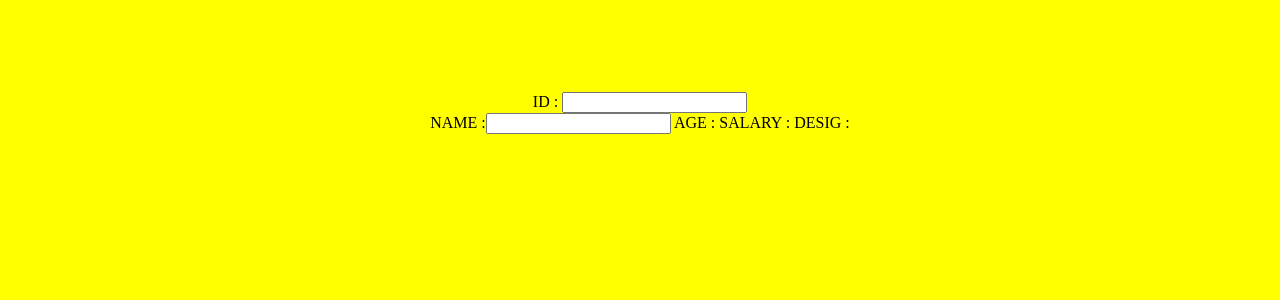
Repository: Thaneshwara848/MyHibernate
Page: ServlerDemo1/src/main/webapp/Register.html
The author's editor kept a copy of each file at every save. The page is drawn from the files as they stood at one save, then again after the next save.
The browser window is 1280 px wide. The pictures show the whole page.

Above is the page before, as saved 2022-11-02 17:04:19.

### ServlerDemo1/src/main/webapp/Register.html
<!DOCTYPE html>
<html>
<head>
<meta charset="UTF-8">
<title>Insert title here</title>
</head>
<body bgcolor="yellow">
<marquee onmouseover="stop()" onmouseout="start()">
<h1 style="color: red">HI Welcome to WebApplcation </h1>
</marquee>
	<center>
		<form action="">
		ID : <input type="text" name="uid"><br>
		NAME :<input type="text" name="uname">
		AGE :
		SALARY  :
		DESIG :

		</form>
	</center>
</body>
</html>

After the next save:
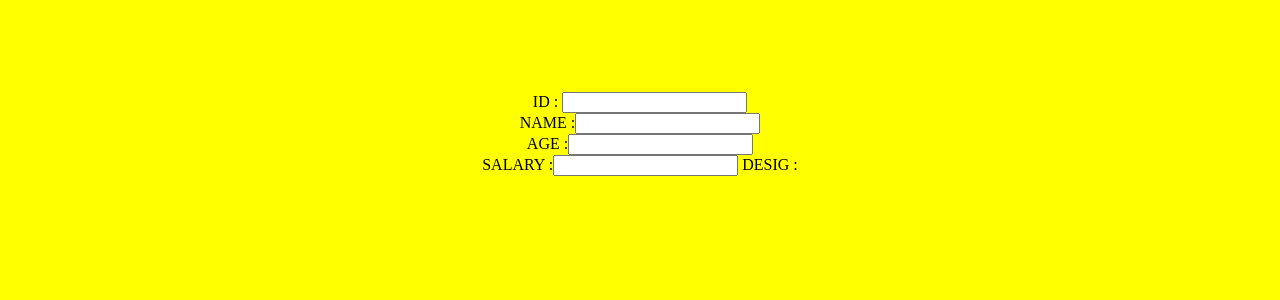
Saved 39 s later.
--- a/ServlerDemo1/src/main/webapp/Register.html
+++ b/ServlerDemo1/src/main/webapp/Register.html
@@ -11,9 +11,9 @@
 	<center>
 		<form action="">
 		ID : <input type="text" name="uid"><br>
-		NAME :<input type="text" name="uname">
-		AGE :
-		SALARY  :
+		NAME :<input type="text" name="uname"><br>
+		AGE :<input type="text" name="uage"><br>
+		SALARY  :<input type="text" name="usalary">
 		DESIG :
 
 		</form>
